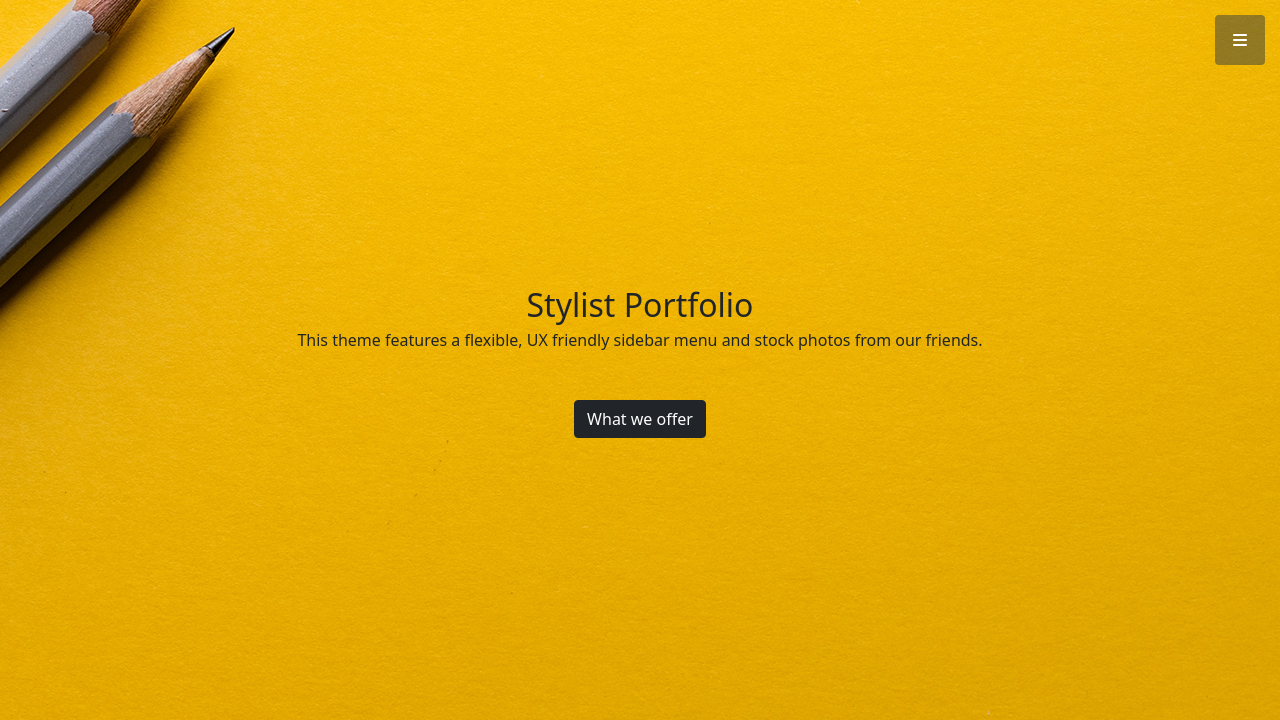
Repository: hoangpino/VE_FE_FrameWork_005
Page: lab06/index.html
The author's editor kept a copy of each file at every save. The page is drawn from the files as they stood at one save, then again after the next save.
The browser window is 1280 px wide. The pictures show the whole page.

Above is the page before, as saved 2021-10-02 19:52:58.

After the next save:
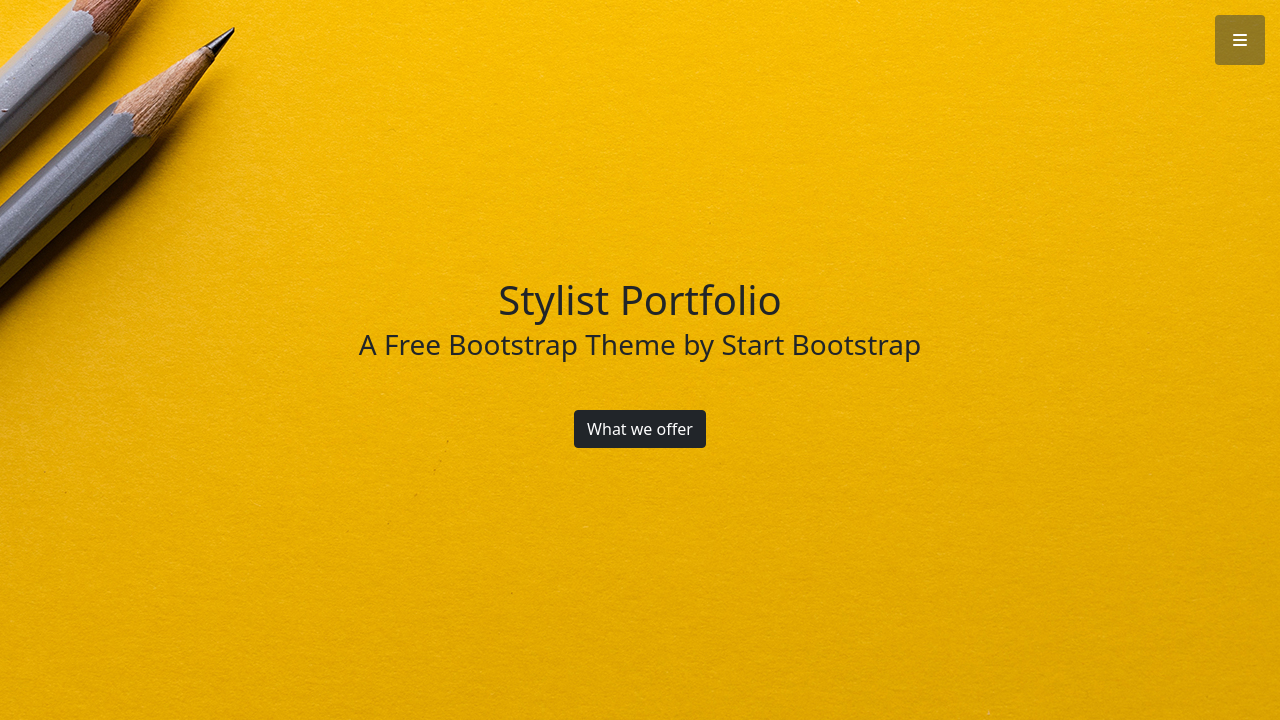
Saved 80 s later.
--- a/lab06/index.html
+++ b/lab06/index.html
@@ -47,10 +47,8 @@
     <!-- Header -->
     <header class="d-flex align-items-center" id="about">
         <div class="container text-center">
-            <h2 class="m-1">Stylist Portfolio</h2>
-            <p class="mb-5">This theme features a flexible, UX friendly sidebar menu and stock
-                photos
-                from our friends.</p>
+            <h1 class="m-1">Stylist Portfolio</h1>
+            <h3 class="mb-5">A Free Bootstrap Theme by Start Bootstrap </h3>
             <a href="" class="btn btn-dark btn-xl">What we offer</a>
         </div>
     </header>
